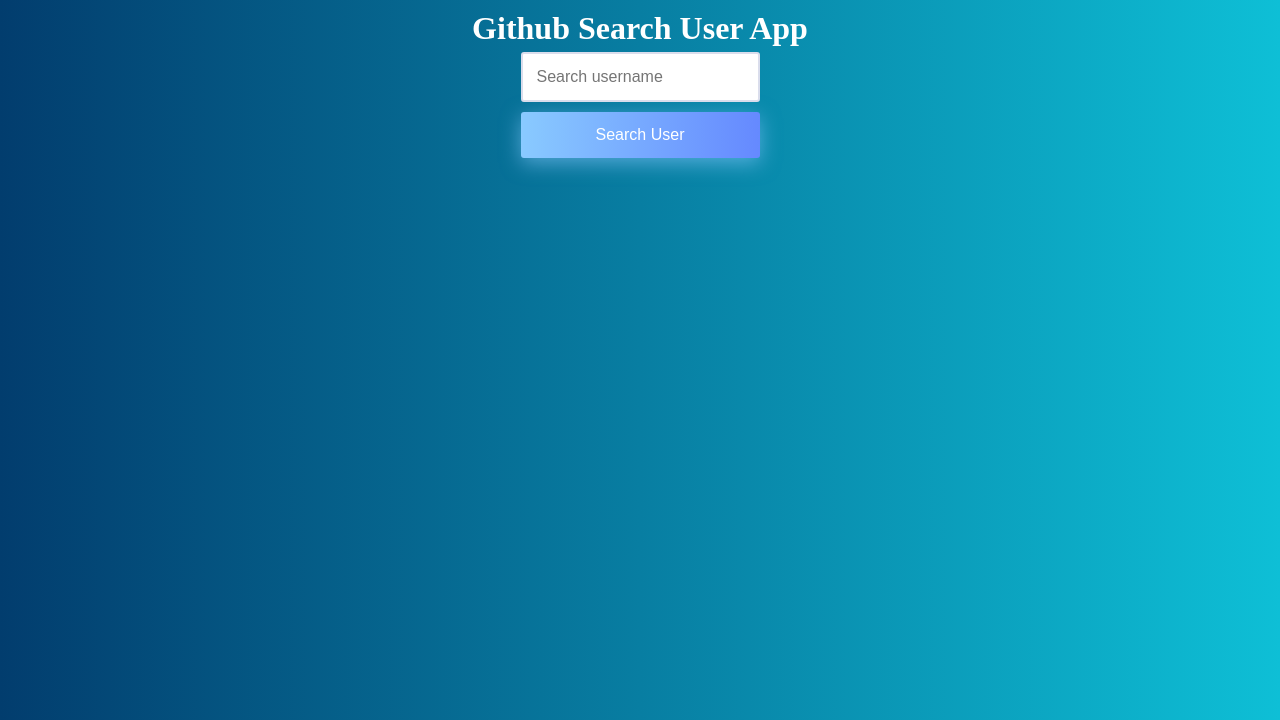
Repository: solox-cyber/Github-search-user
Page: index.html
An editor plug-in stored every save of this project. The page is shown before and after the next save, followed by the edit.
The browser window is 1280 px wide. The pictures show the whole page.

Above is the page before, as saved 2023-03-25 18:59:16.

After the next save:
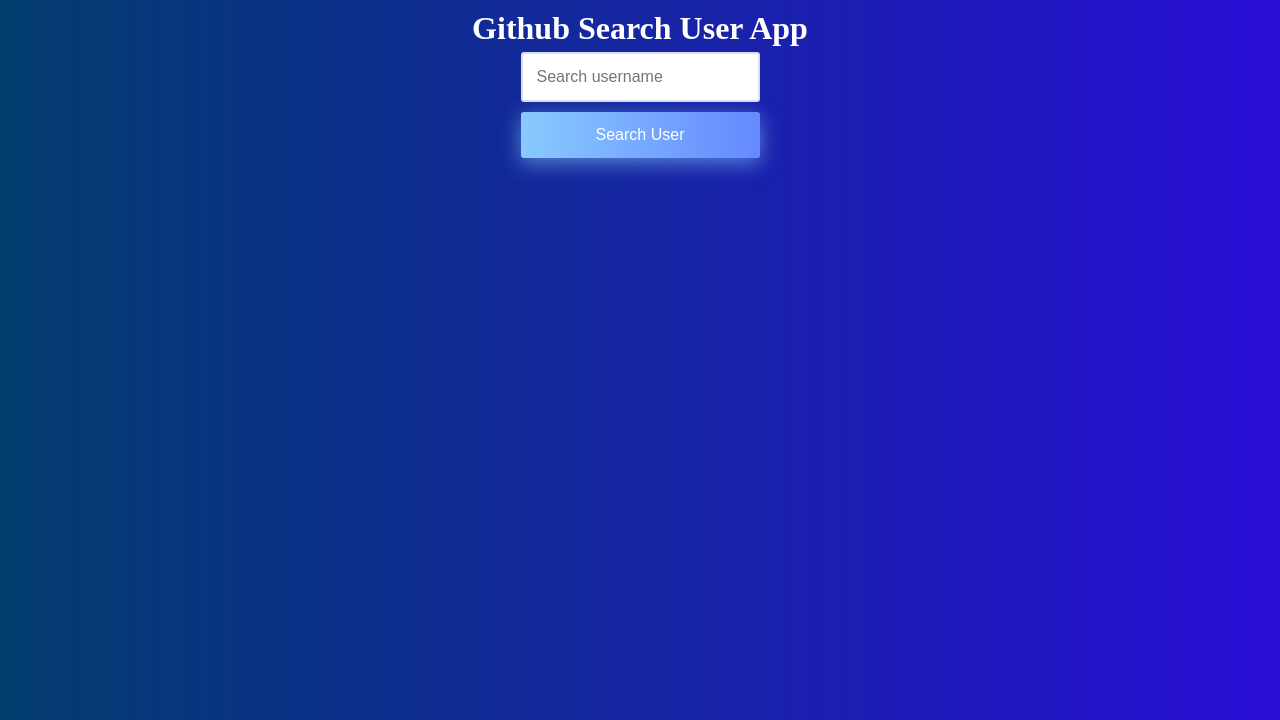
Saved 10 s later.
--- a/style.css
+++ b/style.css
@@ -5,7 +5,7 @@
 }
 
 body{
-    background-image: linear-gradient(to right, #023d6e, #0ebfd6);
+    background-image: linear-gradient(to right, #023d6e, #290ed6);
     color: #fff;
 }
 
